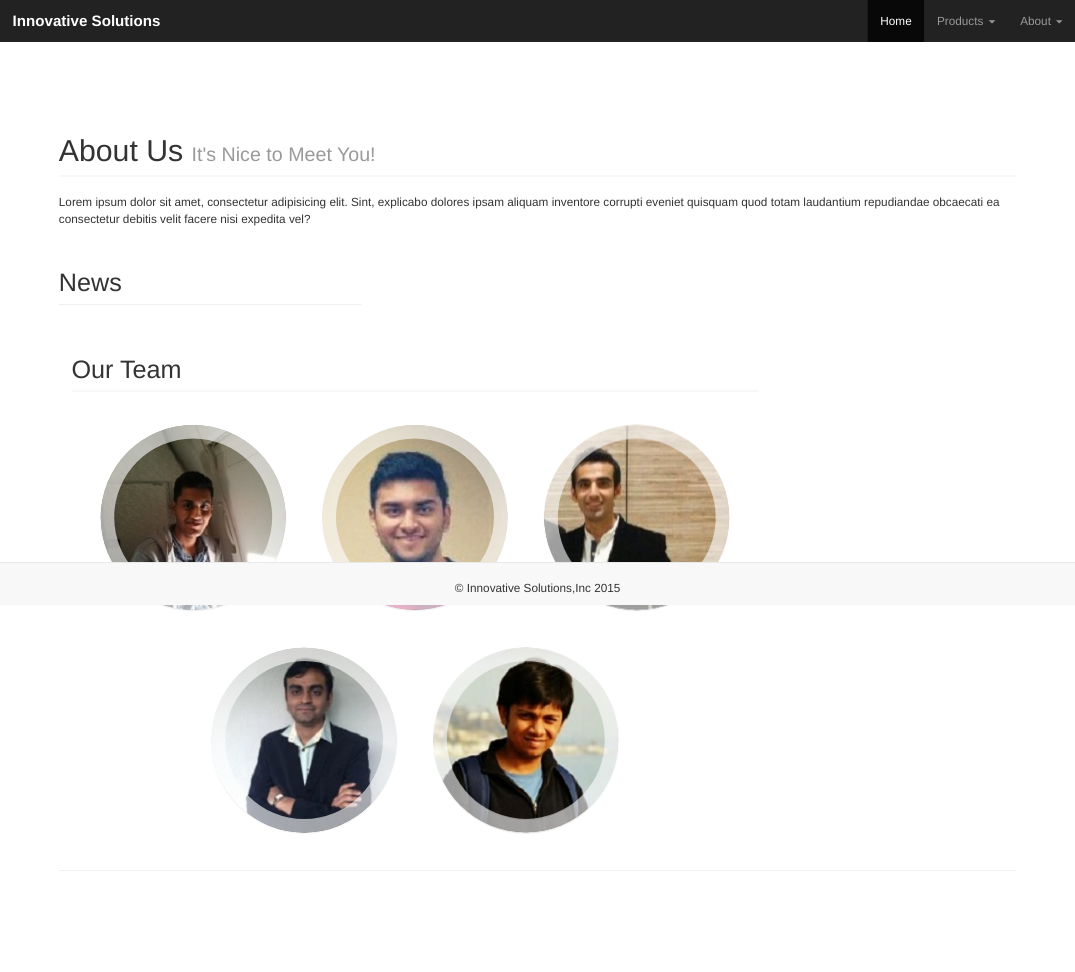
Repository: snketdesai/CMPE-280
Page: team.html
The author's editor kept a record of every edit. The page is drawn from the files as they stood at one moment, then again after the next edit.
The browser window is 1280 px wide. The pictures show the whole page, at 84% of full size.
Some web libraries are served in a nearby version.

Above is the page before.

### team.html
<!DOCTYPE html>
<html>
        <head>
                <title>Home</title>
                <meta name="viewport" content="width=device-width, initial-scale=1.0">
                <link href = "../css/bootstrap.min.css" rel = "stylesheet">
                <link href="../css/dashboard.css" rel="stylesheet">
				 <link href="../css/sticky-footer-navbar.css" rel="stylesheet">
               <link rel="stylesheet" type="text/css" href="../css/overlay.css" />


        </head>
        <body>

                <header class = "navbar navbar-inverse navbar-fixed-top">
                        <div class = "container-fluid">


                                <a href = "#" class = "navbar-brand"><strong>Innovative Solutions</strong></a>

                                <button class = "navbar-toggle" data-toggle = "collapse" data-target = ".navHeaderCollapse">
                                        <span class = "icon-bar"></span>
                                        <span class = "icon-bar"></span>
                                        <span class = "icon-bar"></span>
                                </button>

                                <div class = "collapse navbar-collapse navHeaderCollapse">

                                        <ul class = "nav navbar-nav navbar-right">

                                                <li class = "active"><a href = "#">Home</a></li>
                                                <li class = "dropdown">

                                                        <a href = "#" class = "dropdown-toggle" data-toggle = "dropdown">Products <b class = "caret"></b></a>
                                                        <ul class = "dropdown-menu">
                                                                <li><a href = "mobile.html">Mobile</a></li>
                                                                <li><a href = "bigdata.html">Big Data</a></li>
                                                                <li><a href = "iot.html">IOE/IOT</a></li>
                                                        </ul>

                                                </li>

                                                    <li class = "dropdown">

                                                        <a href = "#" class = "dropdown-toggle" data-toggle = "dropdown">About <b class = "caret"></b></a>
                                                        <ul class = "dropdown-menu">
                                                                <li><a href = "team.html">Management</a></li>
                                                                <li><a href = "https://www.facebook.com/cabusinesstrends">Code of Conduct</a></li>
                                                                <li><a href = "https://www.facebook.com/cabusinesstrends">Business Process</a></li>
                                                                <li><a href = "https://www.facebook.com/cabusinesstrends">Locations</a></li>
                                                                <li><a href = "https://www.facebook.com/cabusinesstrends">Contacts</a></li>
                                                        </ul>
                                                </li>
                                              </li>
                                        </ul>
                                </div>

                        </div>
                </header>
            <!-- Page Content -->
    <div class="container">

        <!-- Introduction Row -->
        <div class="row">
            <div class="col-lg-12">
                <h1 class="page-header">About Us
                    <small>It's Nice to Meet You!</small>
                </h1>
                <p>Lorem ipsum dolor sit amet, consectetur adipisicing elit. Sint, explicabo dolores ipsam aliquam inventore corrupti eveniet quisquam quod totam laudantium repudiandae obcaecati ea consectetur debitis velit facere nisi expedita vel?</p>
            </div>
        </div>

        <!-- Team Members Row -->
        <div class="row">
            <div class="col-lg-4">
                <h2 class="page-header">News</h2>
                <div>
                    <script src="http://nmp.newsgator.com/NGBuzz/buzz.ashx?buzzId=81519&apiToken=C9A08C5818F54101B19714C0283D5F70&trkP=&trkM=B3AA8BF8-9242-6D29-39CA-1127C08F8AE2" type="text/javascript"></script>
                </div>
            </div>
        <div class="col-lg-9">
            <div class="col-lg-12">
                <h2 class="page-header">Our Team</h2>
            </div>
			<div>
				<ul class="ch-grid">
					<li>
						<div class="ch-item ch-img-1">
							<div class="ch-info">
								<h3>Ankit Devani</h3>
								<p><a href="https://www.linkedin.com/in/ankitdevani">
								    <img src="https://static.licdn.com/scds/common/u/img/webpromo/btn_liprofile_blue_80x15.png" width="80" height="15" border="0" alt="View Ankit Devani's profile on LinkedIn">
                                    </a>
                                </p>
							</div>
						</div>
					</li>
					<li>
						<div class="ch-item ch-img-2">
							<div class="ch-info">
								 <h3>Harsh Shah</h3>
								<p><a href="https://www.linkedin.com/in/harshns">
								    <img src="https://static.licdn.com/scds/common/u/img/webpromo/btn_liprofile_blue_80x15.png" width="80" height="15" border="0" alt="View Harsh Shah's profile on LinkedIn">
                                    </a>
                                </p>
							</div>
						</div>
					</li>
					<li>
						<div class="ch-item ch-img-3">
							<div class="ch-info">
								<h3>Hitesh Basantani</h3>
								<p><a href="https://www.linkedin.com/pub/hitesh-basantani/44/a77/278">
                                  <img src="https://static.licdn.com/scds/common/u/img/webpromo/btn_liprofile_blue_80x15.png" width="80" height="15" border="0" alt="View Hitesh Basantani's profile on LinkedIn">
                                </a></p>
							</div>
						</div>
					</li>
					<li>
						<div class="ch-item ch-img-4">
							<div class="ch-info">
								<h3>Rohan Bhanderi</h3>
								<p>
								    <a href="https://www.linkedin.com/in/rohanbhanderi">
								    <img src="https://static.licdn.com/scds/common/u/img/webpromo/btn_liprofile_blue_80x15.png" width="80" height="15" border="0" alt="View Rohan Bhanderi's profile on LinkedIn">
                                    </a>
                                </p>
							</div>
						</div>
					</li>
					<li>
						<div class="ch-item ch-img-5">
							<div class="ch-info">
								 <h3>Sanket Desai</h3>
								<p><a href="https://www.linkedin.com/in/desaisanket">
								    <img src="https://static.licdn.com/scds/common/u/img/webpromo/btn_liprofile_blue_80x15.png" width="80" height="15" border="0" alt="View Sanket Desai's profile on LinkedIn">
                                    </a>
                                </p>
							</div>
						</div>
					</li>
				</ul>
			</div>
        </div>
    </div>
        <hr>
                <div class = "navbar navbar-default navbar-fixed-bottom">

                        <footer class = "container">
                       			</br>
                            <p align="center">&copy; Innovative Solutions,Inc 2015
                            </p>

                        </footer>

                </div>

                <script src = "https://ajax.googleapis.com/ajax/libs/jquery/1.10.2/jquery.min.js"></script>
                <script src = "../js/bootstrap.js"></script>

        </body>
</html>

### css/dashboard.css
/*
 * Base structure
 */

/* Move down content because we have a fixed navbar that is 50px tall */
body {
  padding-top: 50px;
}


/*
 * Global add-ons
 */

.sub-header {
  padding-bottom: 10px;
  border-bottom: 1px solid #eee;
}

/*
 * Top navigation
 * Hide default border to remove 1px line.
 */
.navbar-fixed-top {
  border: 0;
}

/*
 * Sidebar
 */

/* Hide for mobile, show later */
.sidebar {
  display: none;
}
@media (min-width: 768px) {
  .sidebar {
    position: fixed;
    top: 20px;
    bottom: 0;
    left: 0;
    z-index: 1000;
    display: block;
    padding: 20px;
    overflow-x: hidden;
    overflow-y: auto; /* Scrollable contents if viewport is shorter than content. */
    background-color: #f5f5f5;
    border-right: 1px solid #eee;
  }
.sidebar1 {

    right: 0px;
    width: 220px;
    position: fixed;
    top: 20px;
    bottom: 0;
    z-index: 1000;
    display: block;
    padding: 20px;
    overflow-x: hidden;
    overflow-y: auto; /* Scrollable contents if viewport is shorter than content. */
    background-color: #f5f5f5;
    border-right: 1px solid #eee;
  }
}

/* Sidebar navigation */
.nav-sidebar {
  margin-right: -21px; /* 20px padding + 1px border */
  margin-bottom: 20px;
  margin-left: -20px;
}
.nav-sidebar > li > a {
  padding-right: 20px;
  padding-left: 20px;
}
.nav-sidebar > .active > a,
.nav-sidebar > .active > a:hover,
.nav-sidebar > .active > a:focus,
.nav-sidebar > .active > h4 {
  color: #fff;
  background-color: #428bca;
  height: 30px;
}


/*
 * Main content
 */

.main {
  padding: 20px;
}
@media (min-width: 768px) {
  .main {
    padding-right: 40px;
    padding-left: 40px;
  }
}
.main .page-header {
  margin-top: 0;
}


/*
 * Placeholder dashboard ideas
 */

.placeholders {
  margin-bottom: 30px;
  text-align: center;
}
.placeholders h4 {
  margin-bottom: 0;
}
.placeholder {
  margin-bottom: 20px;
}
.placeholder img {
  display: inline-block;
  border-radius: 50%;
}
.img-center {
	margin: 0 auto;
}
body {
    padding-bottom: 40px;
    padding-top: 60px;
}

.sidebar-nav-fixed {
	width:20%;
}
.review-name{
	left: 60px;
	position: relative;
	font-size: small;
}

.caption {
    position:absolute;
    top:0;
    right:0;
    background:rgba(66, 139, 202, 0.75);
    width:100%;
    height:100%;

    display: none;
    text-align:center;
    color:#fff !important;
    z-index:2;
}

### css/sticky-footer-navbar.css
/* Sticky footer styles
-------------------------------------------------- */
html {
  position: relative;
  min-height: 100%;
}
body {
  /* Margin bottom by footer height */
  margin-bottom: 60px;
}
#footer {
  position: absolute;
  bottom: 0;
  width: 100%;
  /* Set the fixed height of the footer here */
  height: 60px;
  background-color: #f5f5f5;
}


/* Custom page CSS
-------------------------------------------------- */
/* Not required for template or sticky footer method. */

body > .container {
  padding: 60px 15px 0;
}
.container .text-muted {
  margin: 20px 0;
}

#footer > .container {
  padding-right: 15px;
  padding-left: 15px;
}

code {
  font-size: 80%;
}

### css/overlay.css
.ch-grid {
	margin: 20px 0 0 0;
	padding: 0;
	list-style: none;
	display: block;
	text-align: center;
	width: 100%;
}

.ch-grid:after,
.ch-item:before {
	content: '';
    display: table;
}

.ch-grid:after {
	clear: both;
}

.ch-grid li {
	width: 220px;
	height: 220px;
	display: inline-block;
	margin: 20px;
}

.ch-item {
	width: 100%;
	height: 100%;
	border-radius: 50%;
	position: relative;
	cursor: default;
	box-shadow:
		inset 0 0 0 0 rgba(200,95,66, 0.4),
		inset 0 0 0 16px rgba(255,255,255,0.6),
		0 1px 2px rgba(0,0,0,0.1);

	-webkit-transition: all 0.4s ease-in-out;
	-moz-transition: all 0.4s ease-in-out;
	-o-transition: all 0.4s ease-in-out;
	-ms-transition: all 0.4s ease-in-out;
	transition: all 0.4s ease-in-out;
}

.ch-img-1 {
	background-image: url(../img/ankit.jpg);
}

.ch-img-2 {
	background-image: url(../img/harsh.jpg);
}

.ch-img-3 {
	background-image: url(../img/hitesh.jpg);
}

.ch-img-4 {
	background-image: url(../img/rohan.jpg);
}

.ch-img-5 {
	background-image: url(../img/sanket.jpg);
}

.ch-info {
	position: absolute;
	width: 100%;
	height: 100%;
	border-radius: 50%;
	opacity: 0;

	-webkit-transition: all 0.4s ease-in-out;
	-moz-transition: all 0.4s ease-in-out;
	-o-transition: all 0.4s ease-in-out;
	-ms-transition: all 0.4s ease-in-out;
	transition: all 0.4s ease-in-out;

	-webkit-transform: scale(0);
	-moz-transform: scale(0);
	-o-transform: scale(0);
	-ms-transform: scale(0);
	transform: scale(0);

	-webkit-backface-visibility: hidden; /*for a smooth font */

}

.ch-info h3 {
	color: #fff;
	text-transform: uppercase;
	position: relative;
	letter-spacing: 2px;
	font-size: 22px;
	margin: 0 30px;
	padding: 65px 0 0 0;
	height: 110px;
	font-family: 'Open Sans', Arial, sans-serif;
	text-shadow:
		0 0 1px #fff,
		0 1px 2px rgba(0,0,0,0.3);
}

.ch-info p {
	color: #fff;
	padding: 10px 5px;
	font-style: italic;
	margin: 0 30px;
	font-size: 12px;
	border-top: 1px solid rgba(255,255,255,0.5);
}

.ch-info p a {
	display: block;
	color: #fff;
	color: rgba(255,255,255,0.7);
	font-style: normal;
	font-weight: 700;
	text-transform: uppercase;
	font-size: 9px;
	letter-spacing: 1px;
	padding-top: 4px;
	font-family: 'Open Sans', Arial, sans-serif;
}

.ch-info p a:hover {
	color: #fff222;
	color: rgba(255,242,34, 0.8);
}

.ch-item:hover {
	box-shadow:
		inset 0 0 0 110px rgba(200,95,66, 0.4),
		inset 0 0 0 16px rgba(255,255,255,0.8),
		0 1px 2px rgba(0,0,0,0.1);
}

.ch-item:hover .ch-info {
	opacity: 1;

	-webkit-transform: scale(1);
	-moz-transform: scale(1);
	-o-transform: scale(1);
	-ms-transform: scale(1);
	transform: scale(1);
}

Loaded but not shown: css/bootstrap.min.css (library); js/bootstrap.js (library)

After the next edit:
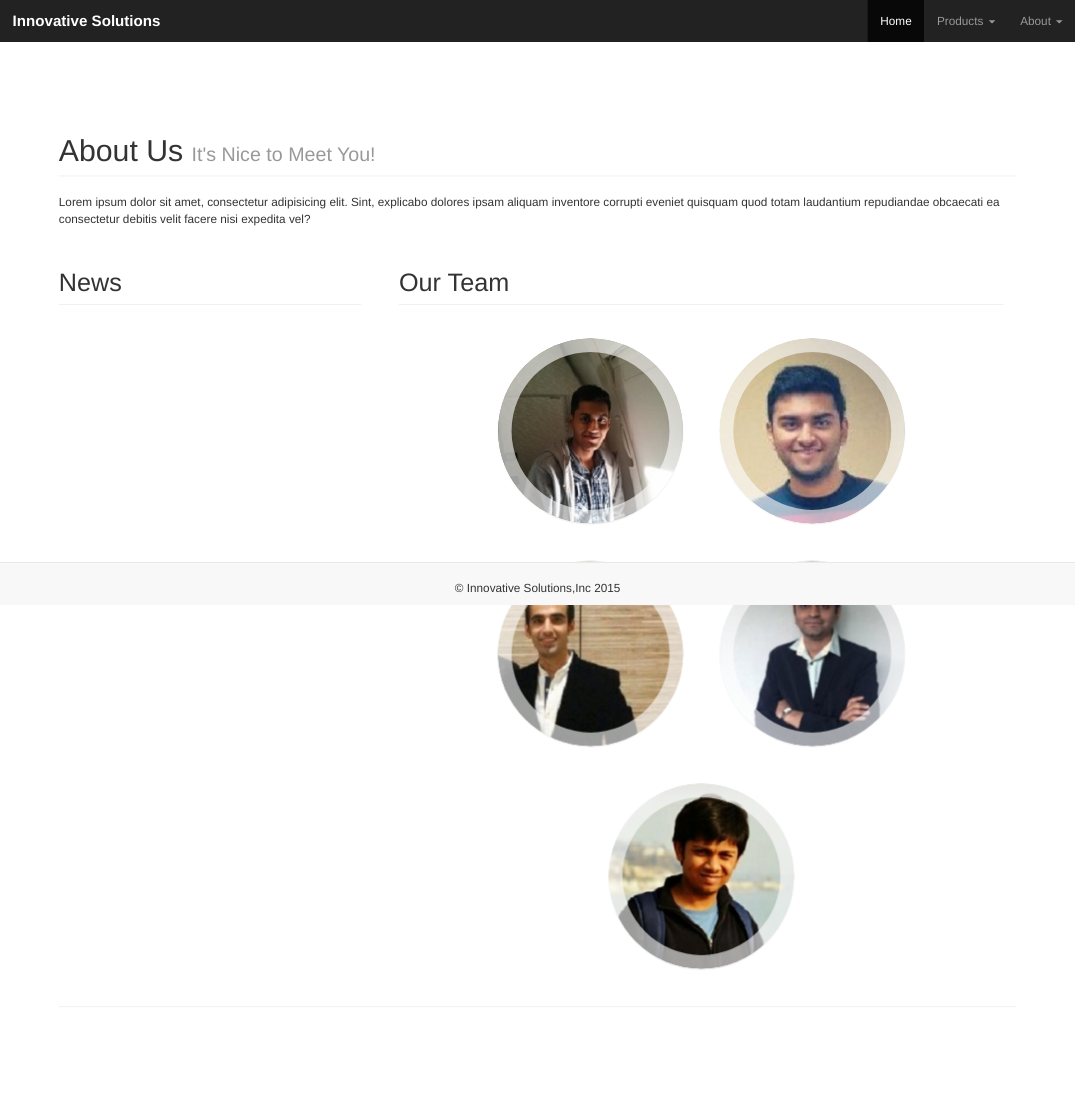
The edit:
--- a/team.html
+++ b/team.html
@@ -78,7 +78,7 @@
                     <script src="http://nmp.newsgator.com/NGBuzz/buzz.ashx?buzzId=81519&apiToken=C9A08C5818F54101B19714C0283D5F70&trkP=&trkM=B3AA8BF8-9242-6D29-39CA-1127C08F8AE2" type="text/javascript"></script>
                 </div>
             </div>
-        <div class="col-lg-9">
+        <div class="col-lg-8">
             <div class="col-lg-12">
                 <h2 class="page-header">Our Team</h2>
             </div>
